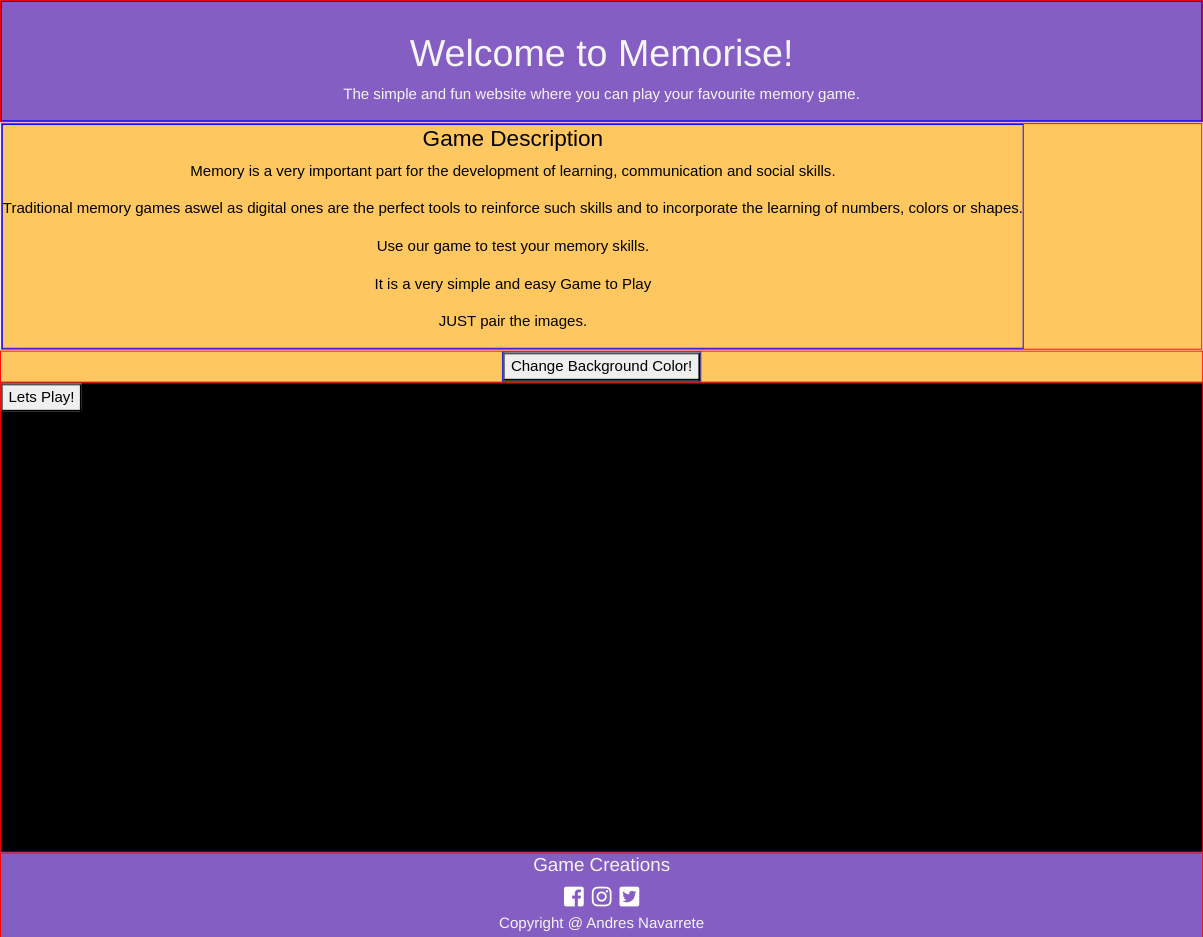
Repository: andna5980/memorise
Page: index.html
These files come from the project's save history. The page is drawn as it stood at one moment and after the next save; the edit follows.
The browser window is 1280 px wide. The pictures show the whole page, at 94% of full size.
Some web fonts or font styles are not loaded; a fallback is used. Some web libraries are served in a nearby version.

Above is the page before, as saved 2021-04-27 18:19:54.

After the next save:
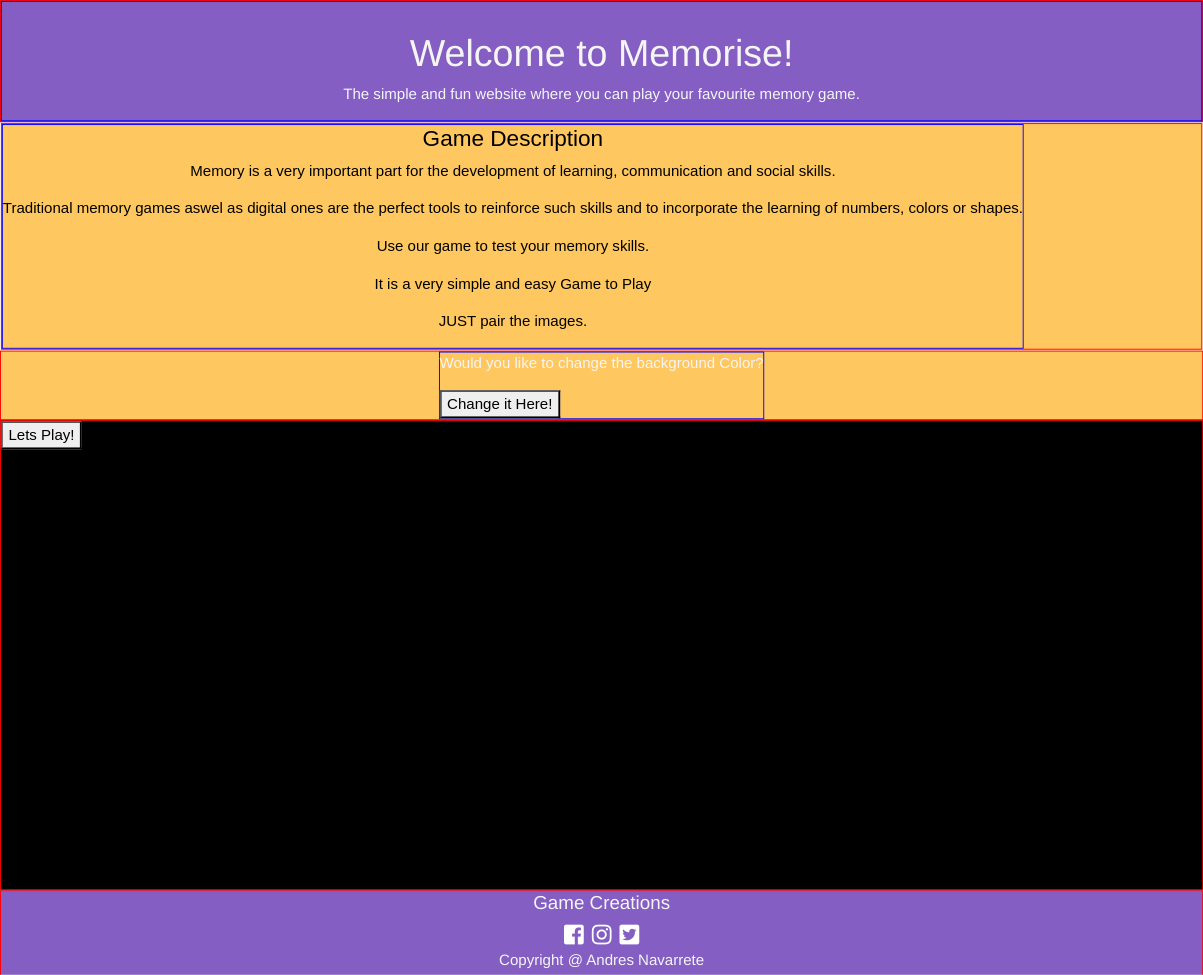
Saved 7 min 30 s later.
--- a/index.html
+++ b/index.html
@@ -51,7 +51,8 @@
 
     <div class="change-color test-red">
         <div class="test-blue">
-            <button id="changecolor">Change Background Color!</button>
+            <p> Would you like to change the background Color? </p>
+            <button id="changecolor">Change it Here!</button>
         </div>
     </div>
 
